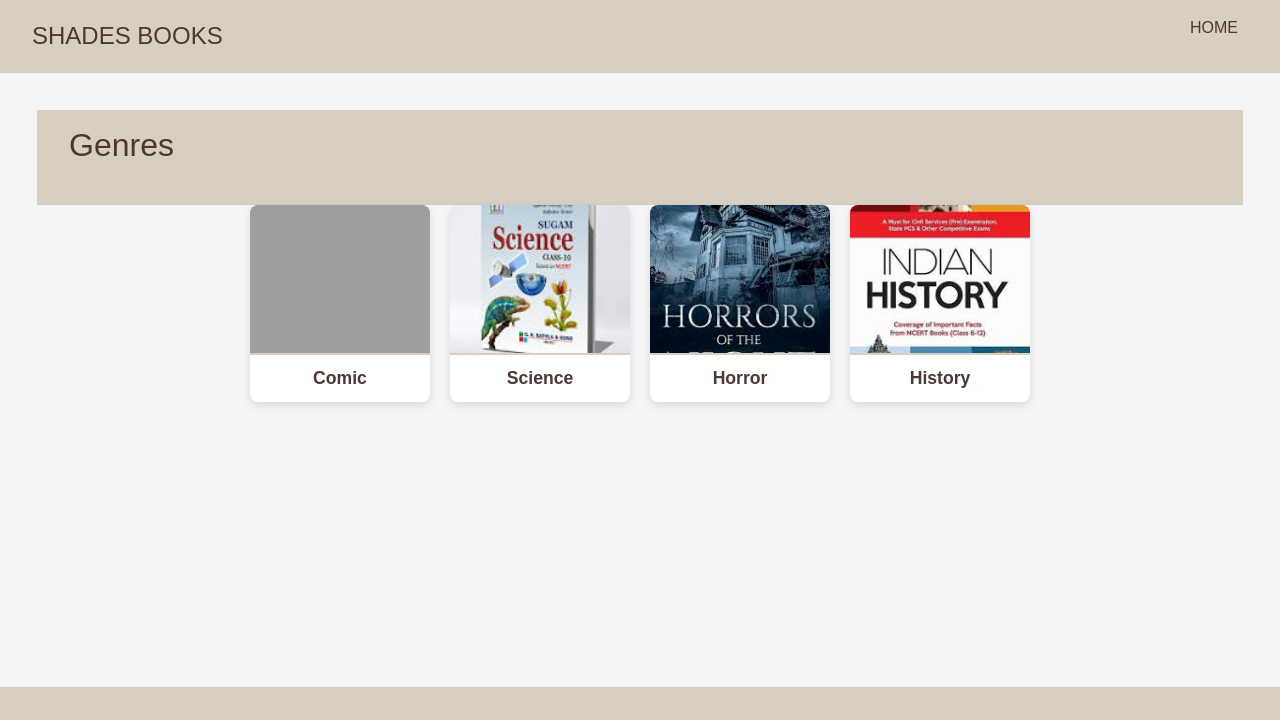
Repository: Harishsuresh-kumar/Library-Web
Page: WORK SITE/rough.html
An editor plug-in stored every save of this project. The page is shown before and after the next save, followed by the edit.
The browser window is 1280 px wide. The pictures show the whole page.
Pictures or frames that could not be fetched are drawn as grey boxes.

Above is the page before, as saved 2024-11-06 23:22:55.

After the next save:
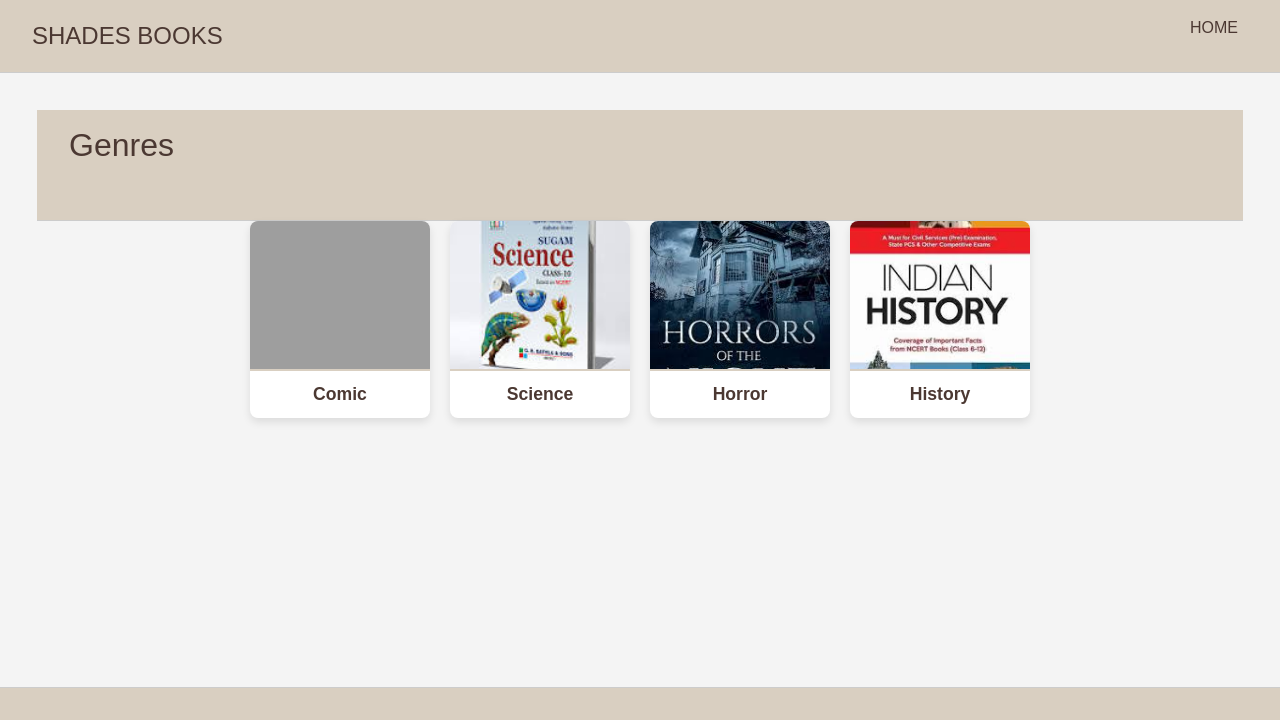
Saved 32 s later.
--- a/WORK SITE/rough.css
+++ b/WORK SITE/rough.css
@@ -61,7 +61,7 @@
 .header h1 {
     font-size: 2rem;
     color: #4B3832;
-    margin-bottom: 1.5rem;
+    margin-bottom: 2.5rem;
 }
 
 /* Genres Section */
